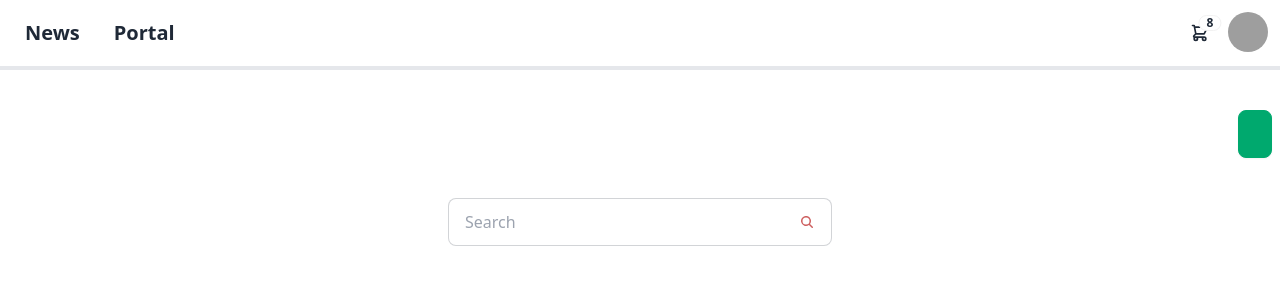
Repository: RudrasahaDibos/news-portal
Page: index.html
An editor plug-in stored every save of this project. The page is shown before and after the next save, followed by the edit.
The browser window is 1280 px wide. The pictures show the whole page.
Pictures or frames that could not be fetched are drawn as grey boxes. The page's requests for data from a server got no answer. Some web libraries are served in a nearby version.

Above is the page before, as saved 2024-11-23 18:09:51.

### index.html
<!DOCTYPE html>
<html lang="en">
<head>
    <meta charset="UTF-8">
    <meta name="viewport" content="width=device-width, initial-scale=1.0">
    <title>news_portals</title>
    <!-- tailwinds  -->
    <link href="https://cdn.jsdelivr.net/npm/daisyui@4.12.14/dist/full.min.css" rel="stylesheet" type="text/css" />
    <script src="https://cdn.tailwindcss.com"></script>

</head>
<body class="container mx-auto ">
    <!-- header starts here -->
        <header>
                   <!-- navbar start here -->
                   <div class="navbar bg-base-100 border-b-4">
                    <div class="flex-1">
                      <a class="btn btn-ghost text-xl">News</a>
                      <a class="btn btn-ghost text-xl">Portal</a>
                    </div>
                    <div class="flex-none">
                      <div class="dropdown dropdown-end">
                        <div tabindex="0" role="button" class="btn btn-ghost btn-circle">
                          <div class="indicator">
                            <svg
                              xmlns="http://www.w3.org/2000/svg"
                              class="h-5 w-5"
                              fill="none"
                              viewBox="0 0 24 24"
                              stroke="currentColor">
                              <path
                                stroke-linecap="round"
                                stroke-linejoin="round"
                                stroke-width="2"
                                d="M3 3h2l.4 2M7 13h10l4-8H5.4M7 13L5.4 5M7 13l-2.293 2.293c-.63.63-.184 1.707.707 1.707H17m0 0a2 2 0 100 4 2 2 0 000-4zm-8 2a2 2 0 11-4 0 2 2 0 014 0z" />
                            </svg>
                            <span class="badge badge-sm indicator-item">8</span>
                          </div>
                        </div>
                        <div
                          tabindex="0"
                          class="card card-compact dropdown-content bg-base-100 z-[1] mt-3 w-52 shadow">
                          <div class="card-body">
                            <span class="text-lg font-bold">8 Items</span>
                            <span class="text-info">Subtotal: $999</span>
                            <div class="card-actions">
                              <button class="btn btn-primary btn-block">View cart</button>
                            </div>
                          </div>
                        </div>
                      </div>
                      <div class="dropdown dropdown-end">
                        <div tabindex="0" role="button" class="btn btn-ghost btn-circle avatar">
                          <div class="w-10 rounded-full">
                            <img
                              alt="Tailwind CSS Navbar component"
                              src="https://img.daisyui.com/images/stock/photo-1534528741775-53994a69daeb.webp" />
                          </div>
                        </div>
                        <ul
                          tabindex="0"
                          class="menu menu-sm dropdown-content bg-base-100 rounded-box z-[1] mt-3 w-52 p-2 shadow">
                          <li>
                            <a class="justify-between">
                              Profile
                              <span class="badge">New</span>
                            </a>
                          </li>
                          <li><a>Settings</a></li>
                          <li><a>Logout</a></li>
                        </ul>
                      </div>
                    </div>
                  </div>




                  <!-- 2nd start here  -->
                  <div class="navbar bg-base-100 mt-8">
                    <div class="">
                      <div class="dropdown">
                        <div tabindex="0" role="button" class="btn btn-ghost lg:hidden">
                          <svg
                            xmlns="http://www.w3.org/2000/svg"
                            class="h-5 w-5"
                            fill="none"
                            viewBox="0 0 24 24"
                            stroke="currentColor">
                            <path
                              stroke-linecap="round"
                              stroke-linejoin="round"
                              stroke-width="2"
                              d="M4 6h16M4 12h8m-8 6h16" />
                          </svg>
                        </div>
                        <ul
                          tabindex="0"
                          class="menu menu-sm dropdown-content bg-base-100 rounded-box z-[1] mt-3 w-52 p-2 shadow">
                          <li><a>Item 1</a></li>


                        </ul>
                      </div>

                    </div>
                    <div class=" hidden lg:flex mx-auto ">
                      <ul id="list-container" class="menu menu-horizontal px-1 ">

                      </ul>
                    </div>
                     <button class="btn btn-success"></button>
                  </div>
                  <!-- 2nd end here -->

                   <!-- navbar end here -->
        </header>
        <!-- header end here -->

        <!-- main is start here -->
         <main>
            <!-- search button start here -->
            <label class="input input-bordered flex items-center gap-2 mt-8 w-96  mx-auto ">
                <input type="text" class="grow" placeholder="Search" />
                <svg
                  xmlns="http://www.w3.org/2000/svg"
                  viewBox="0 0 16 16"
                  fill="currentColor"
                  class="h-4 w-4 opacity-70 text-red-700 text-5xl text-bold">
                  <path
                    fill-rule="evenodd"
                    d="M9.965 11.026a5 5 0 1 1 1.06-1.06l2.755 2.754a.75.75 0 1 1-1.06 1.06l-2.755-2.754ZM10.5 7a3.5 3.5 0 1 1-7 0 3.5 3.5 0 0 1 7 0Z"
                    clip-rule="evenodd" />
                </svg>
              </label>
              <!-- search button ends here -->


              <!-- card start here -->

            <div onclick="" id="card-container">

            </div>


              <!-- card end here -->



         </main>
         <!-- main is end here -->

         <script src="app.js"></script>
</body>
</html>

### app.js
const loadnews = async() =>{
    const res = await fetch('https://openapi.programming-hero.com/api/news/categories')
    const data = await res.json()
     const items = data.data.news_category
     const listContainer = document.getElementById('list-container')
     items.forEach(items => {

         const div = document.createElement('div')
         div.innerHTML = `
           <li><a onclick="loadCatagory(catid)">${items.category_name}</a></li>
         `
         listContainer.appendChild(div)
     });
}



 const loadCatagory = async(catid) =>{
  console.log(catid)
    const res = await fetch('https://openapi.programming-hero.com/api/news/category/01')
    const data = await res.json()
    const news = data.data
    const cardContainer = document.getElementById('card-container')
    news.forEach(items =>{
        console.log(items)
       const div = document.createElement('div')
       div.classList =`card lg:card-side bg-base-100 shadow-xl mt-8 mx-auto flex`
        div.innerHTML= `
         <figure>
                  <img
                    src="${items.image_url}"
                    alt="Album" />
                </figure>
                <div class="card-body">
                 <h2 class="card-title">${items.title}</h2>
                  <p>${items.details.slice(0,200)}</p>
                  <div class="card-actions justify-end">
                    <button class="btn btn-primary">Listen</button>
                  </div>
                </div>



        `
        cardContainer.appendChild(div)
    })
 }
loadCatagory()
loadnews()

After the next save:
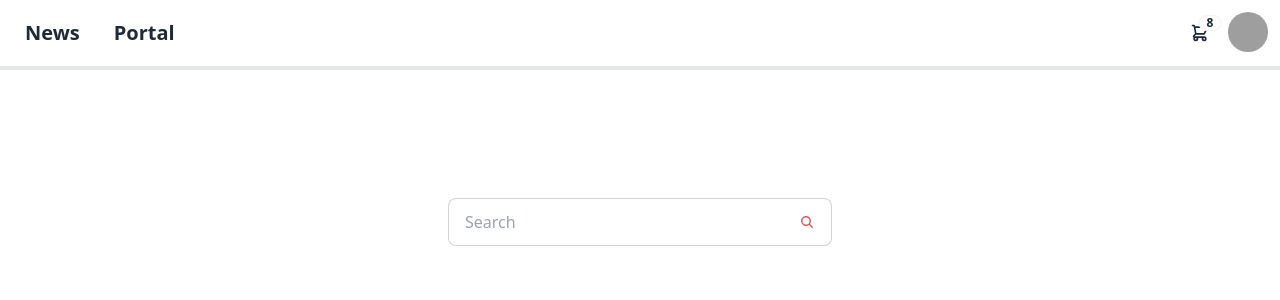
Saved 4 s later.
--- a/index.html
+++ b/index.html
@@ -109,7 +109,7 @@
 
                       </ul>
                     </div>
-                     <button class="btn btn-success"></button>
+
                   </div>
                   <!-- 2nd end here -->
 
